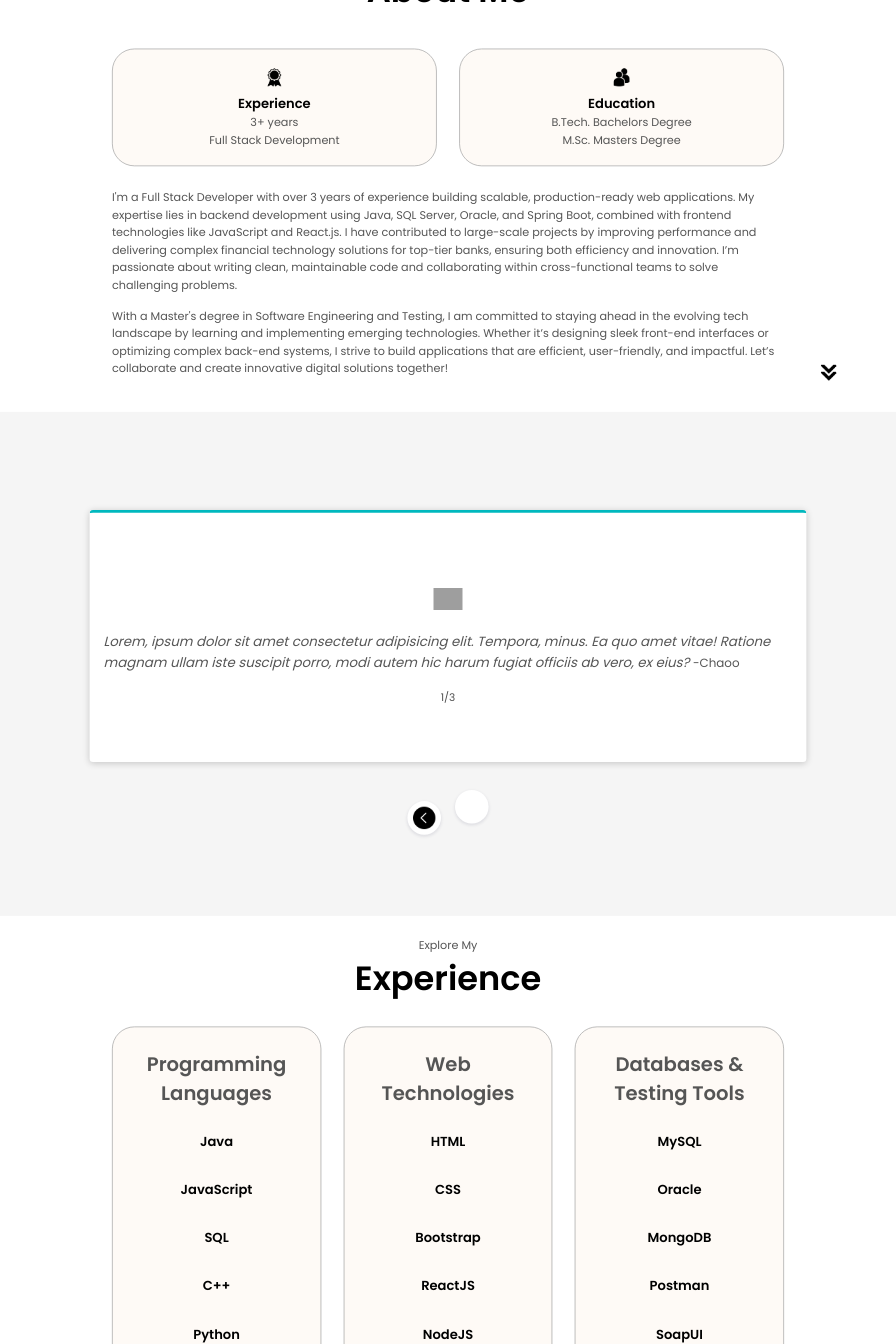
Repository: Pradnya-07/Portfolio-Pradnya
Page: index.html
An editor plug-in stored every save of this project. The page is shown before and after the next save, followed by the edit.
The browser window is 1280 px wide. The pictures show the part of the page from y = 919 to 2839 px (the page is 5307 px tall), at 70% of full size.
Pictures or frames that could not be fetched are drawn as grey boxes.

Above is the page before, as saved 2025-05-02 09:45:22.

After the next save:
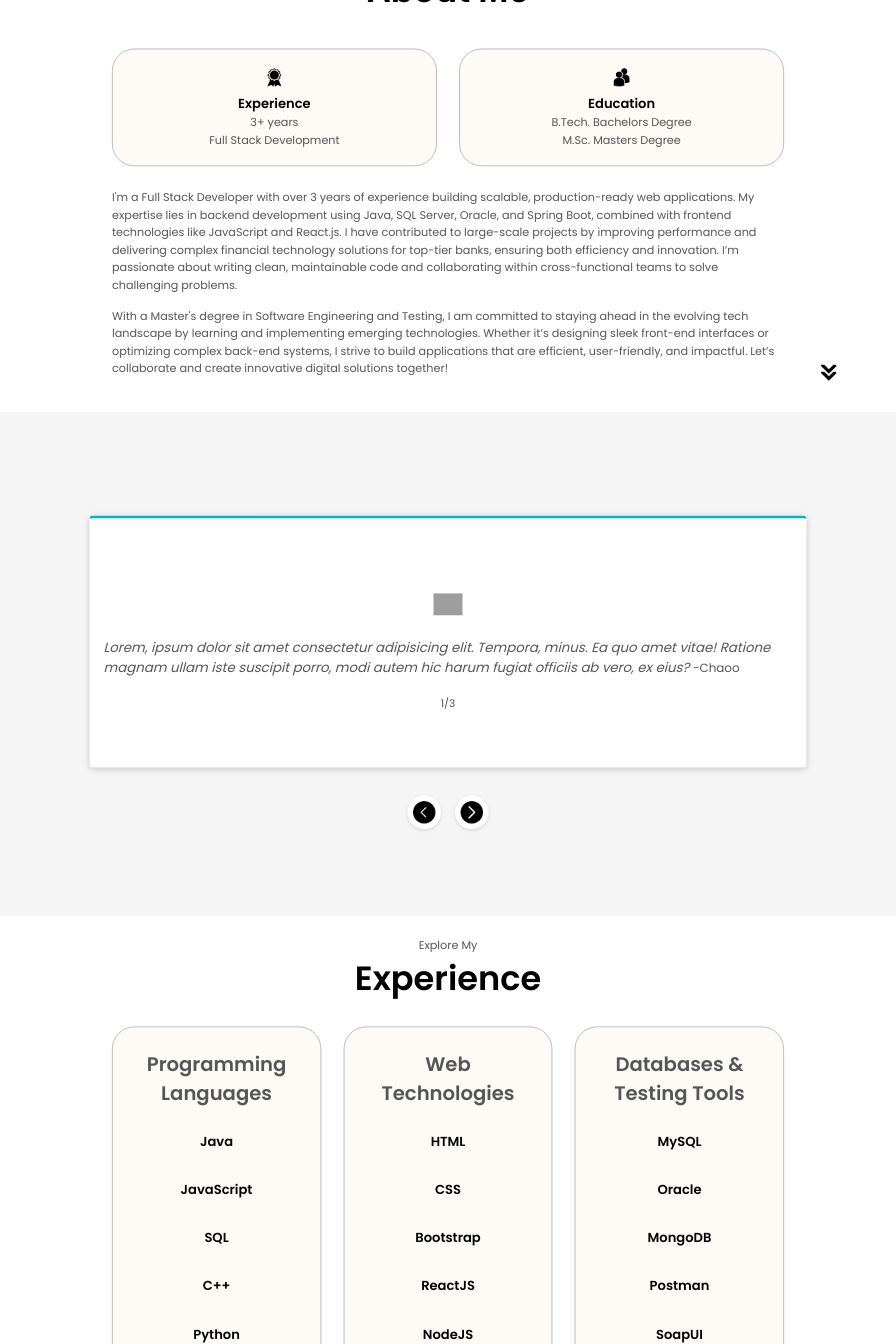
Saved 2 min 15 s later.
--- a/index.html
+++ b/index.html
@@ -156,11 +156,11 @@
     </div>
     <div>
       <a class="prev">
-        <img class="icon" src="./assets/leftarrow.png" alt="upwork" />
+        <img class="icon" src="./assets/leftarrow.png" alt="left" />
 
       </a>
       <a class="next">
-        <i class="fas fa-long-arrow-alt-right"></i>
+        <img class="icon" src="./assets/rightarrow.png" alt="right" />
       </a>
     </div>
   </div>
